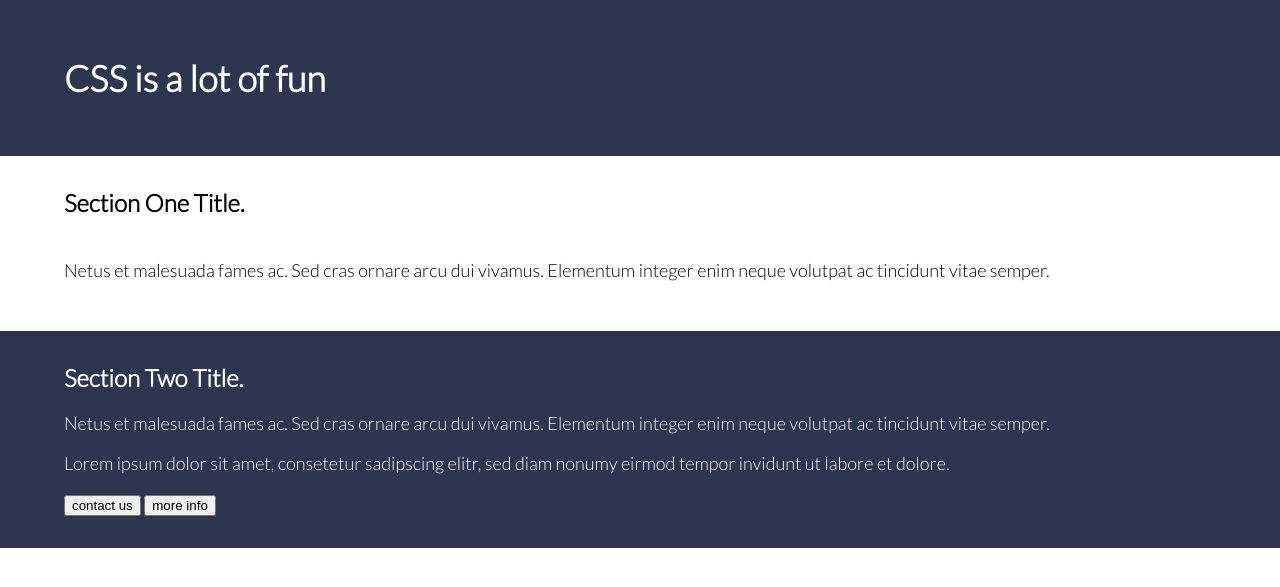
Repository: Doumham-Armah/sample-landing-page
Page: index.html
An editor plug-in stored every save of this project. The page is shown before and after the next save, followed by the edit.
The browser window is 1280 px wide. The pictures show the whole page.

Above is the page before, as saved 2021-08-16 12:42:21.

### index.html
<!DOCTYPE html>
<html lang="en">
  <head>
    <meta charset="UTF-8" />
    <meta http-equiv="X-UA-Compatible" content="IE=edge" />
    <meta name="viewport" content="width=device-width, initial-scale=1.0" />
    <title>Document</title>
    <link rel="preconnect" href="https://fonts.googleapis.com" />
    <link rel="preconnect" href="https://fonts.gstatic.com" crossorigin />
    <link
      href="https://fonts.googleapis.com/css2?family=Lato:wght@300&display=swap"
      rel="stylesheet"
    />
    <link href="./style.css" rel="stylesheet" />
  </head>

  <body>
    <header>
      <div class="container">
        <h1>CSS is a lot of fun</h1>
      </div>
    </header>

    <section class="section-one">
      <div class="container">
        <h2>Section One Title.</h2>
        <img src="" alt="" />
        <p>
          Netus et malesuada fames ac. Sed cras ornare arcu dui vivamus.
          Elementum integer enim neque volutpat ac tincidunt vitae semper.
        </p>
      </div>
    </section>

    <section class="section-two">
      <div class="container">
        <h2>Section Two Title.</h2>
        <p>
          Netus et malesuada fames ac. Sed cras ornare arcu dui vivamus.
          Elementum integer enim neque volutpat ac tincidunt vitae semper.
        </p>
        <p>
          Lorem ipsum dolor sit amet, consetetur sadipscing elitr, sed diam
          nonumy eirmod tempor invidunt ut labore et dolore.
        </p>
        <button>contact us</button>
        <button>more info</button>
      </div>
    </section>
  </body>
</html>

### style.css
body {
  margin: 0;
  font-family: "Lato", sans-serif;
  font-size: 18px;
}
.container {
  padding: 2rem 4rem;
}
header,
.section-two {
  background-color: #2e354f;
  color: white;
}

.conatiner h1 {
  font-size: 36px;
}
.container h2 {
  font-size: 24px;
}
h2,
p {
  margin-top: 0;
}

After the next save:
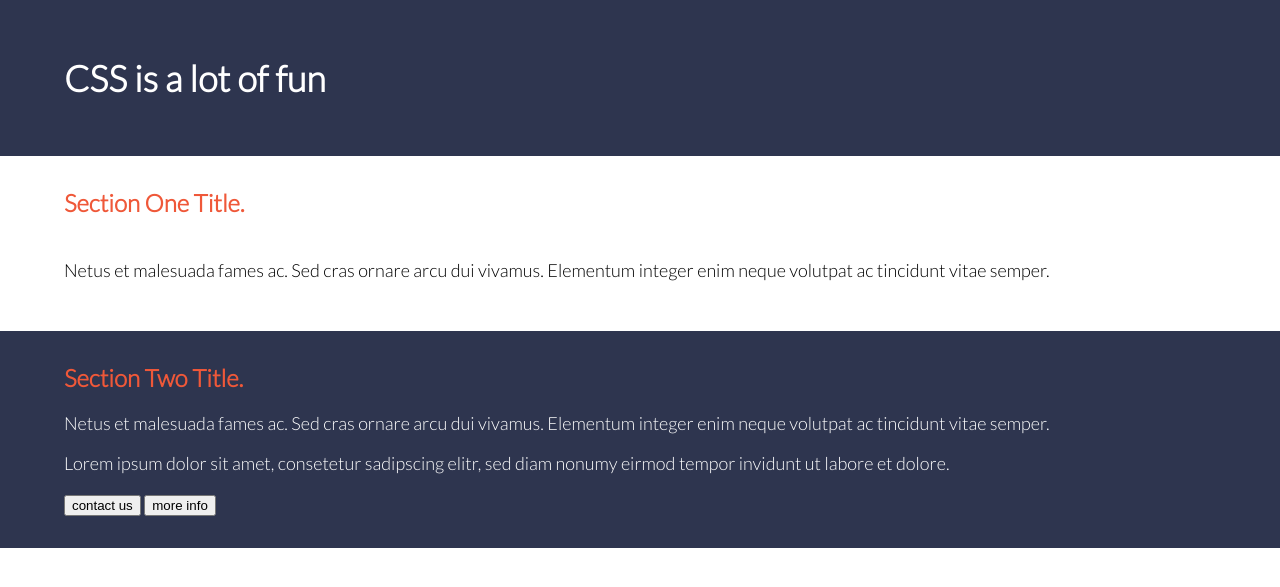
Saved 9 min 23 s later.
--- a/style.css
+++ b/style.css
@@ -17,6 +17,7 @@ header,
 }
 .container h2 {
   font-size: 24px;
+  color: #ef5839;
 }
 h2,
 p {
